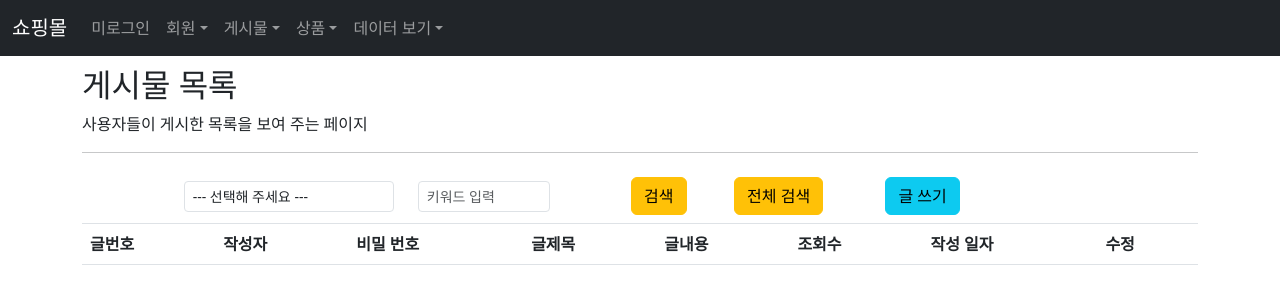
Repository: Sain-Clair/Team5
Page: http://localhost/Student/board/boList.jsp
These files come from the project's save history. The page is drawn as it stood at one moment and after the next save; the edit follows.
The browser window is 1280 px wide. The pictures show the whole page.
The page is served by Tomcat 9. The template is opened directly, without the code that normally fills it, so the values that code supplies are empty.

Above is the page before, as saved 2023-09-08 02:42:05.

After the next save:
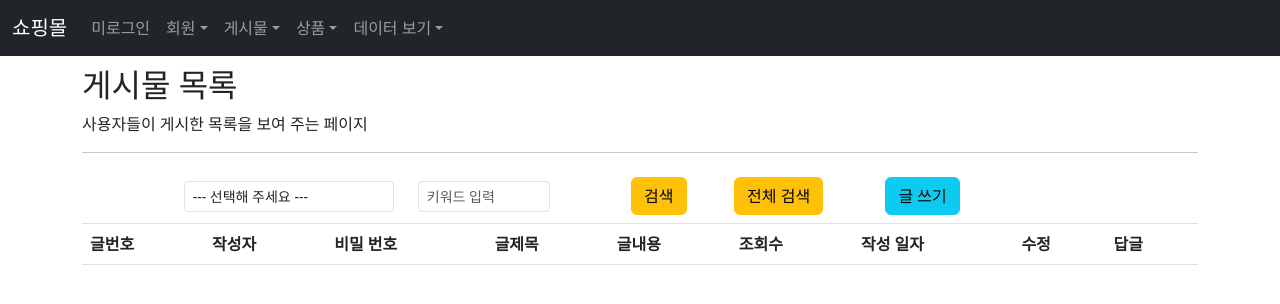
Saved 38 s later.
--- a/Student/src/main/webapp/board/boList.jsp
+++ b/Student/src/main/webapp/board/boList.jsp
@@ -98,6 +98,7 @@ function writeForm() { // 글쓰기
 					<th>조회수</th>
 					<th>작성 일자</th>
 					<th>수정</th>
+					<th>답글</th>
 				</tr>
 			</thead>
 			<tbody>
